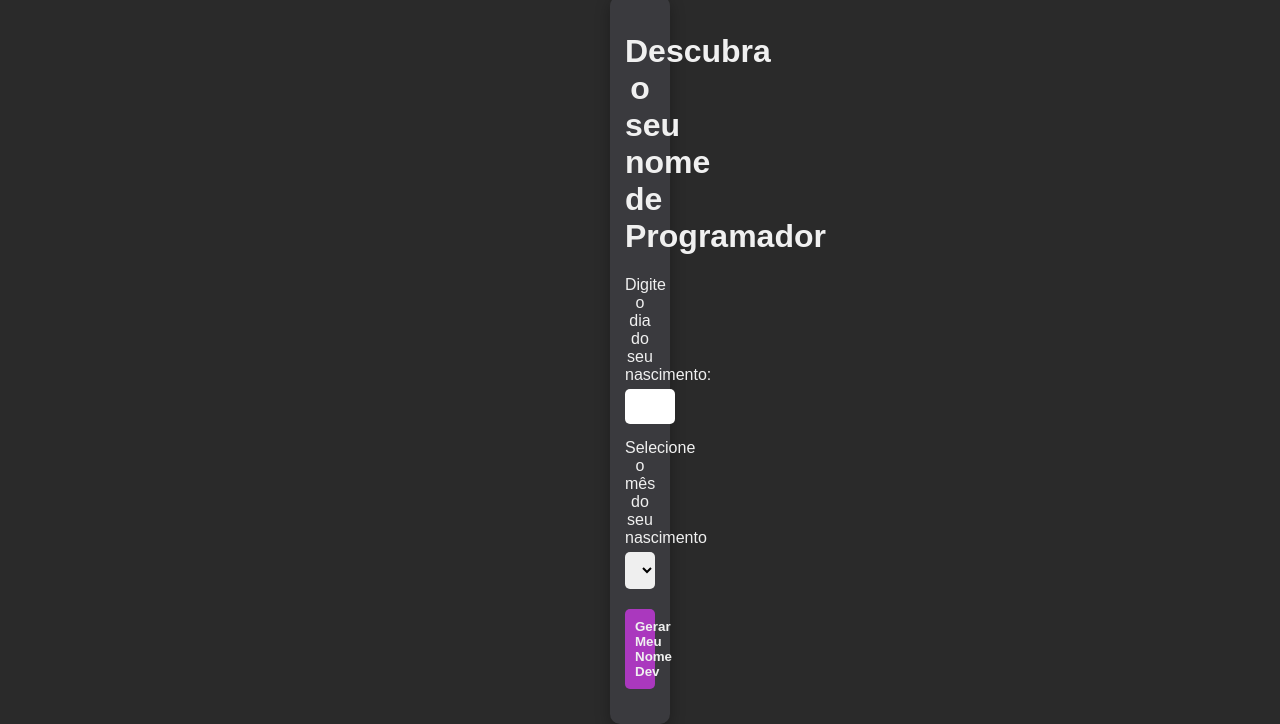
Repository: analessp/seu-nome-dev
Page: index.html
An editor plug-in stored every save of this project. The page is shown before and after the next save, followed by the edit.
The browser window is 1280 px wide. The pictures show the whole page.

Above is the page before, as saved 2025-05-13 11:21:56.

### index.html
<!DOCTYPE html>
<html lang="pt-BR">
<head>
    <meta charset="UTF-8">
    <meta name="viewport" content="width=device-width, initial-scale=1.0">
    <title>Seu Nome Dev</title>
    <link rel="stylesheet" href="styles.css">
</head>
<body>
    <div class="container">
        <h1>Descubra o seu nome de Programador</h1>
        <div class="form-group">
            <label for="dia">Digite o dia do seu nascimento:</label>
            <input type="number" id="dia" min="1" max="31">
        </div>
        <div class="form-group">
            <label for="mes">Selecione o mês do seu nascimento</label>
            <select id="mes">
                <option value="1">Janeiro</option>
                <option value="2">Fevereiro</option>
                <option value="3">Março</option>
                <option value="4">Abril</option>
                <option value="5">Maio</option>
                <option value="6">Junho</option>
                <option value="7">Julho</option>
                <option value="8">Agosto</option>
                <option value="9">Setembro</option>
                <option value="10">Outubro</option>
                <option value="11">Novembro</option>
                <option value="12">Dezembro</option>
            </select>
        </div>
        <button onclick="gerarNomeDev()">Gerar Meu Nome Dev</button>
        <div class="resultado" id="resultado"></div>
    </div>
    <script src="app.js"></script>
</body>
</html>

### styles.css
body {
    background-color: #2a2a2a;
    color: #f0f0f0;
    font-family: "Nunito", sans-serif;
    display: flex;
    justify-content: center;
    align-items: center;
    height: 100vh;
    margin: 0;
}

.container {
    background-color: #3a3a3e;
    padding: 15px;
    width: 30px;
    border-radius: 10px;
    box-shadow: 0px 5px 15px rgba(0, 0, 0, 0.3);
    text-align: center;
}

.form-group {
    margin-bottom: 15px;
}

input, select, button {
    cursor: pointer;
    padding: 10px;
    margin-top: 5px;
    width: 100%;
    border-radius: 5px;
    border: none;
    outline: none;
}

button {
    background-color: #aa38be;
    color: #f0f0f0;
    font-weight: bold;
    transition: background-color 0.3s;
}

button:hover {
    background-color: #e27cd3;
}

.resultado {
    margin-top: 20px;
    font-size: 1.2rem;
    font-weight: bold;
    color: #8b14c7;
}

### app.js
function gerarNomeDev() {
    const dia = parseInt(document.getElementById("dia").value);
    const mes = parseInt(document.getElementById("mes").value);
    const resultado = document.getElementById("resultado");

    if (isNaN(dia) || dia < 1 || dia > 31) {
        resultado.textContent = "Insira um dia válido.";
        return;
    }

    const títulos = {
    1: "Desenvolvedor(a)",
    2: "Desenvolvedor(a)",
    3: "Programador(a)",
    4: "Programador(a)",
    5: "Programador(a)",
    6: "Estagiário(a)",
    7: "Estagiário(a)",
    8: "EEstagiário(a)",
    9: "Sênior",
    0: "Sênior",
};

const meses = {
    1: "bugado(a)",
    2: "do CTRL C, CTRL V",
    3: "das gambiarras",
    4: "que culpa o cache",
    5: "que esquece o que faz",
    6: "do git vazio",
    7: "das try/ catch vazia",
    8: "famosinho do LinkedIn",
    9: "caçador de bugs",
    10: "do Windows Pirata",
    11: "do update sem where",
    12: "do commit bugado",
};

const ultimoDigito = dia % 10;
const titulo = títulos[ultimoDigito];
const mesTexto = meses[mes];

resultado.textContent = `${titulo} ${mesTexto}`;

}

After the next save:
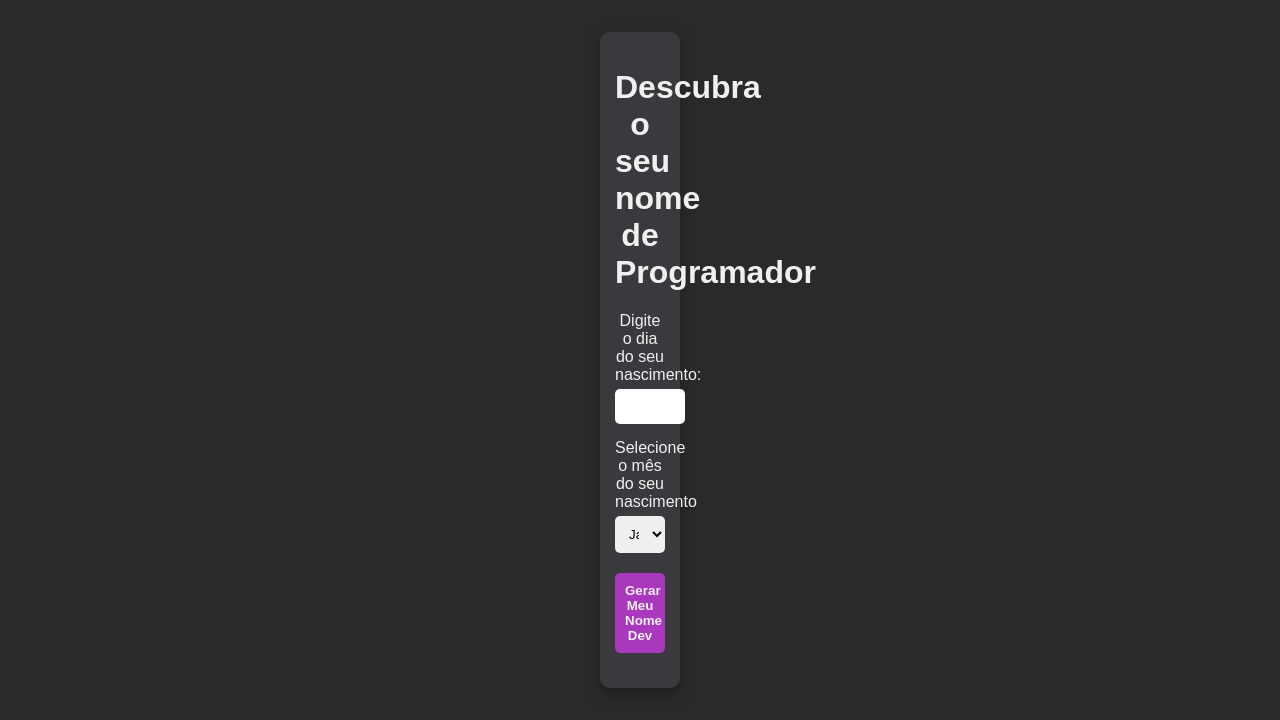
Saved 6 s later.
--- a/styles.css
+++ b/styles.css
@@ -12,7 +12,7 @@ body {
 .container {
     background-color: #3a3a3e;
     padding: 15px;
-    width: 30px;
+    width: 50px;
     border-radius: 10px;
     box-shadow: 0px 5px 15px rgba(0, 0, 0, 0.3);
     text-align: center;
